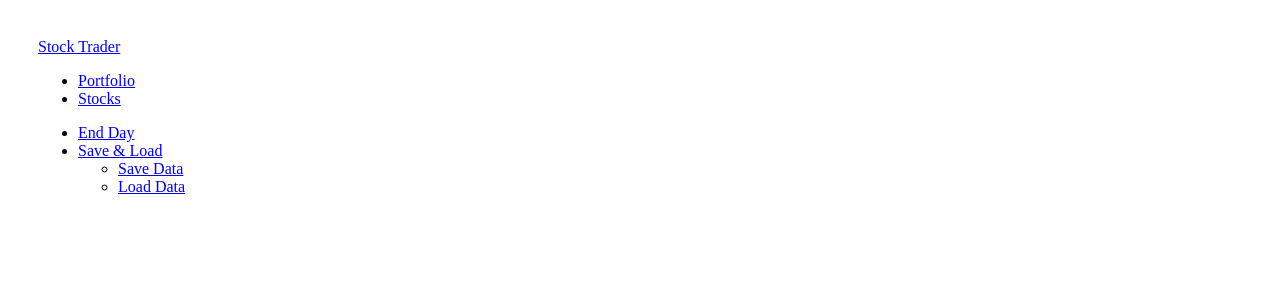
Repository: DaveBaulch/vue-course-stock-trader
Page: /stocks
The author's editor kept a copy of each file at every save. The page is drawn from the files as they stood at one save, then again after the next save.
The browser window is 1280 px wide. The pictures show the whole page.
The project was rebuilt for these pictures with package versions that can differ from the ones it lists, and the page was loaded fresh each time. Also part of the build but not shown: webpack.config.js.

Above is the page before, as saved 2021-01-25 11:51:28.

After the next save:
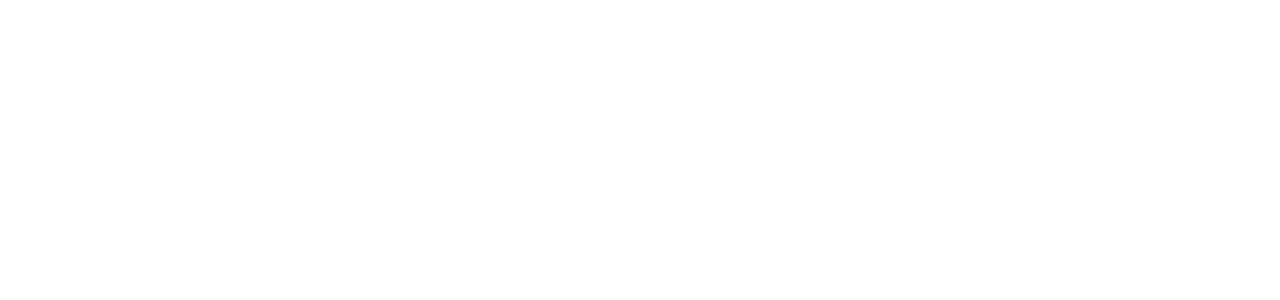
Console error: ReferenceError: expo is not defined
Saved 4 s later.
--- a/src/components/stocks/Stocks.vue
+++ b/src/components/stocks/Stocks.vue
@@ -5,5 +5,5 @@
 </template>
 
 <script>
-
+  expo
 </script>

After the 2 saves that followed:
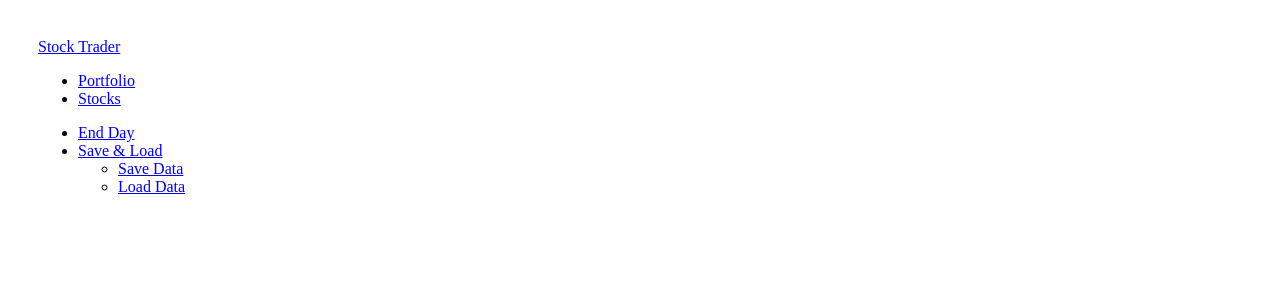
The error is gone.
The 2 saves are shown as one change because they came seconds apart.
The last was saved 8 s later.
--- a/src/components/stocks/Stocks.vue
+++ b/src/components/stocks/Stocks.vue
@@ -5,5 +5,7 @@
 </template>
 
 <script>
-  expo
+  export default {
+
+  }
 </script>
